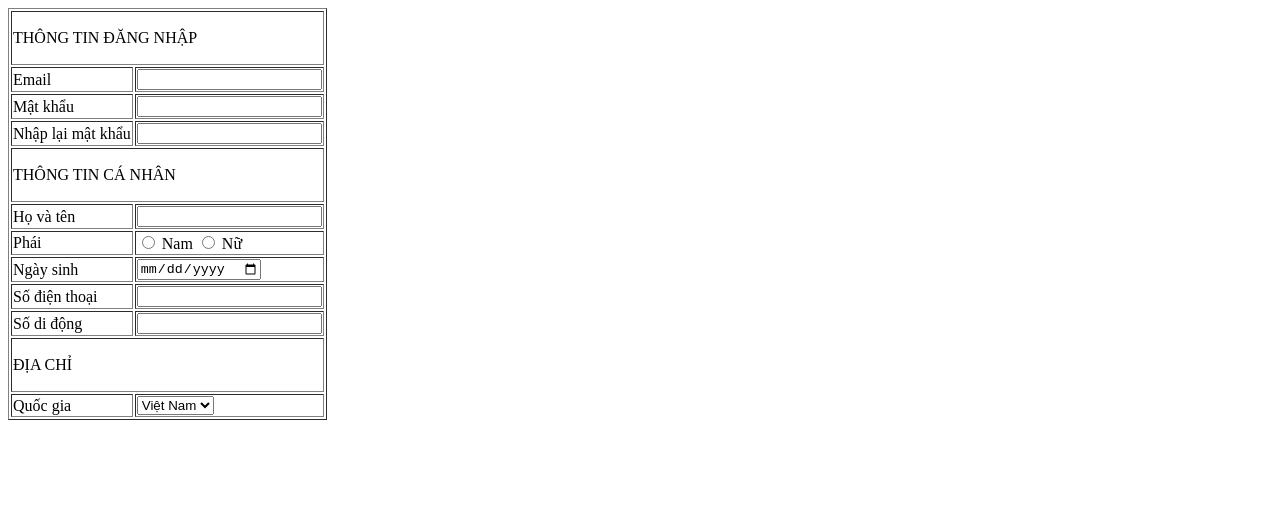
Repository: Vanh260703/Java-Servlet
Page: Bai1_HelloWorld/src/main/webapp/vidu.html
These files come from the project's save history. The page is drawn as it stood at one moment and after the next save; the edit follows.
The browser window is 1280 px wide. The pictures show the whole page.

Above is the page before, as saved 2025-02-28 16:11:19.

### Bai1_HelloWorld/src/main/webapp/vidu.html
<!DOCTYPE html>
<html>
<head>
<meta charset="UTF-8">
<title>Insert title here</title>
</head>
<body>
	<table border = "1">
		<tbody>
			<tr>
				<td colspan = "2"><p>THÔNG TIN ĐĂNG NHẬP</p></td>
			</tr>
			<tr>
				<td>
					<label>Email</label>
				</td>
				<td>
					<input type = "email">
				</td>
			</tr>
			<tr>
				<td>
					<label>Mật khẩu</label>
				</td>
				<td>
					<input type = "password">
				</td>
			</tr>
			<tr>
				<td>
					<label>Nhập lại mật khẩu</label>
				</td>
				<td>
					<input type = "password">
				</td>
			</tr>
			<tr>
				<td colspan = "2"><p>THÔNG TIN CÁ NHÂN</p></td>
			</tr>
			<tr>
				<td>
					<label>Họ và tên</label>
				</td>
				<td>
					<input type = "text">
				</td>
			</tr>
			<tr>
				<td>
					<label>Phái</label>
				</td>
				<td>
					<input type = "radio" id = "male" name = "male" value = "male">
					<label for = "male">Nam</label>
					<input type = "radio" id = "female" name = "female" value = "female">
					<label for = "male">Nữ</label>
				</td>
			</tr>
			<tr>
				<td>
					<label>Ngày sinh</label>
				</td>
				<td>
					<input type = "date">
				</td>
			</tr>
			<tr>
				<td>
					<label>Số điện thoại</label>
				</td>
				<td>
					<input type = "number">
				</td>
			</tr>
			<tr>
				<td>
					<label>Số di động</label>
				</td>
				<td>
					<input type = "tel">
				</td>
			</tr>
			<tr>
				<td colspan = "2"><p>ĐỊA CHỈ</p></td>
			</tr>
			<tr>
				<td>
					<label>Quốc gia</label>
				</td>
				<td>
					<select name = "region" id = "region">
						<option value = "VietNam">Việt Nam</option>
						<option value = "English">Anh</option>
						<option value = "American">Mỹ</option>
					</select>
				</td>
			</tr>
		</tbody>
	</table>

</body>
</html>

After the next save:
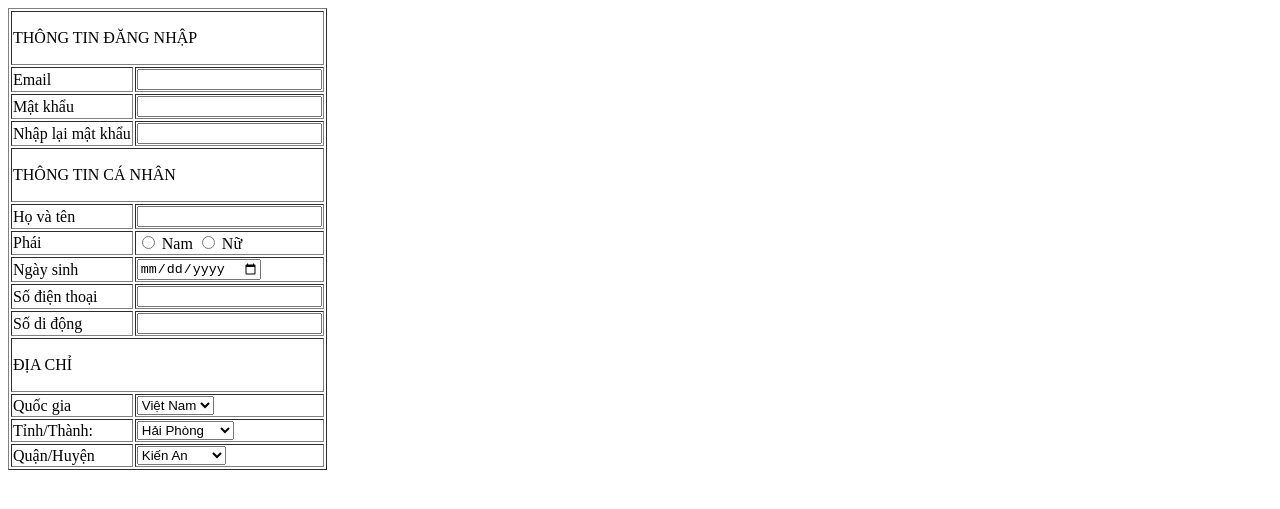
Saved 3 min 7 s later.
--- a/Bai1_HelloWorld/src/main/webapp/vidu.html
+++ b/Bai1_HelloWorld/src/main/webapp/vidu.html
@@ -95,6 +95,30 @@
 					</select>
 				</td>
 			</tr>
+			<tr>
+				<td>
+					<label>Tỉnh/Thành:</label>
+				</td>
+				<td>
+					<select name = "city" id = "city">
+						<option value = "HaiPhong">Hải Phòng</option>
+						<option value = "HN">Hà Nội</option>
+						<option value = "HCM">Hồ Chí Minh</option>
+					</select>
+				</td>
+			</tr>
+			<tr>
+				<td>
+					<label>Quận/Huyện</label>
+				</td>
+				<td>
+					<select name = "district" id = "city">
+						<option value = "KienAn">Kiến An</option>
+						<option value = "LeChan">Lê Chân</option>
+						<option value = "HongBang">Hồng Bàng</option>
+					</select>
+				</td>
+			</tr>
 		</tbody>
 	</table>
 
